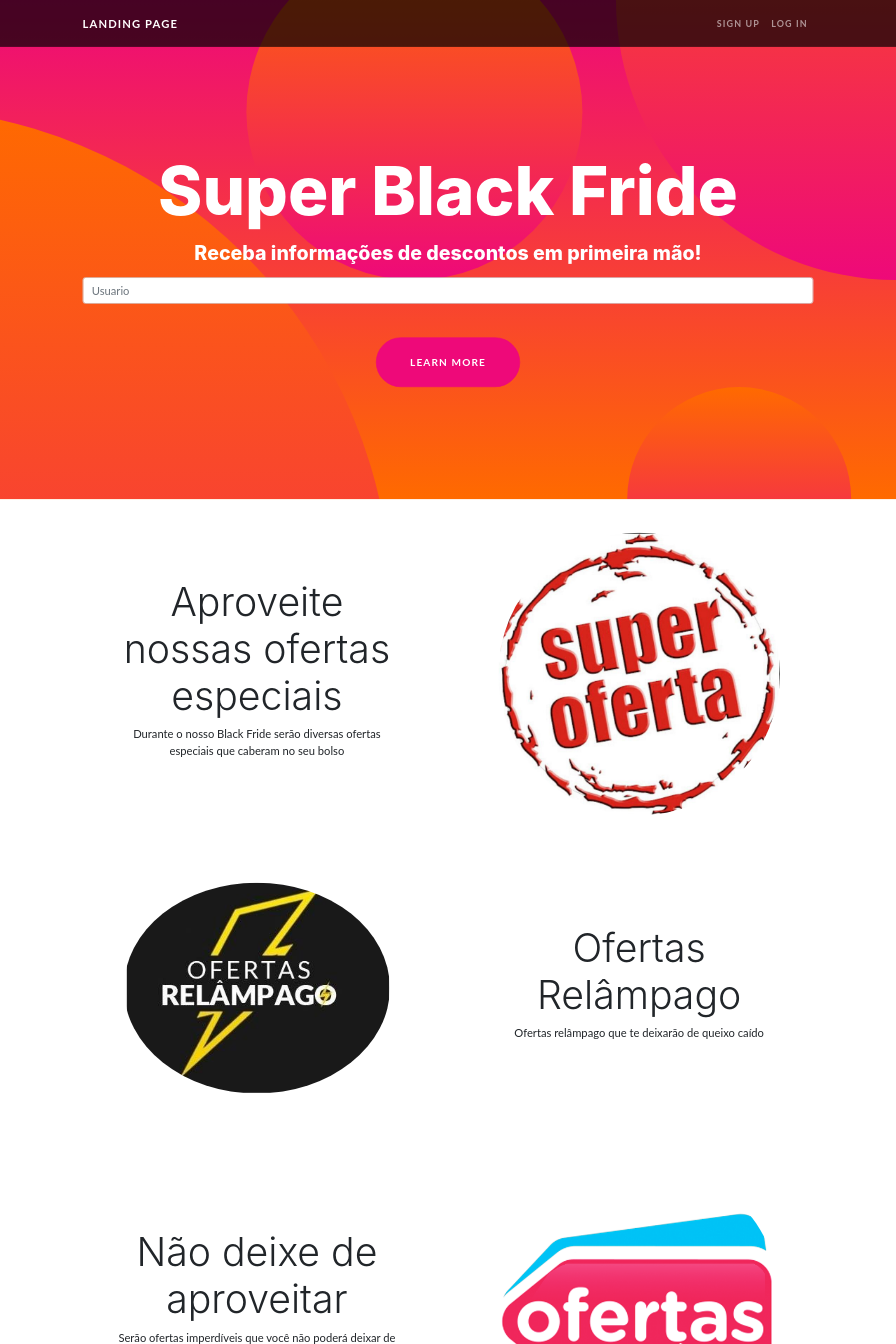
Repository: jrfalcao/landing-page
Page: /
The author's editor kept a copy of each file at every save. The page is drawn from the files as they stood at one save, then again after the next save.
The browser window is 1280 px wide. The pictures show the part of the page from y = 0 to 1920 px (the page is 2225 px tall before and 2691 px after), at 70% of full size.
The project was rebuilt for these pictures with package versions that can differ from the ones it lists, and the page was loaded fresh each time.

Above is the page before, as saved 2021-07-18 22:22:29.

### src/App.js
import NavBar from './Components/NavBar';
import Header from './Components/Header';
import Promotion from './Components/Promotion';
import Footer from './Components/Footer';

import './assets/css/App.css';
import Image01 from './assets/img/super_oferta.jpg'
import Image02 from './assets/img/oferta_relampago.jpg'
import Image03 from './assets/img/ofertas_imperdiveis.png'


function App() {
  return (
    <div className="App">
      <NavBar />
      <Header />
      <Promotion
        imageDir={true}
        imgUrl={Image01}
        promoTitle="Aproveite nossas ofertas especiais"
        description="Durante o nosso Black Fride serão diversas ofertas especiais que caberam no seu bolso"
      />
      <Promotion
        imageDir={false}
        imgUrl={Image02}
        promoTitle="Ofertas Relâmpago"
        description="Ofertas relâmpago que te deixarão de queixo caído"
      />
      <Promotion
        imageDir={true}
        imgUrl={Image03}
        promoTitle="Não deixe de aproveitar"
        description="Serão ofertas imperdíveis que você não poderá deixar de aproveitar. Cadastre seu email para ser contactado!"
      />

      <Footer />
    </div>
  );
}

export default App;

### src/Components/NavBar.js
export default function NavBar() {
	return (
		<nav className="navbar navbar-expand-lg navbar-dark navbar-custom fixed-top">
			<div className="container px-5">
				<a className="navbar-brand" href="#page-top">Landing Page</a>
				<button className="navbar-toggler" type="button" data-bs-toggle="collapse" data-bs-target="#navbarResponsive" aria-controls="navbarResponsive" aria-expanded="false" aria-label="Toggle navigation"><span className="navbar-toggler-icon"></span></button>
				<div className="collapse navbar-collapse" id="navbarResponsive">
					<ul className="navbar-nav ms-auto">
						<li className="nav-item"><a className="nav-link" href="#!">Sign Up</a></li>
						<li className="nav-item"><a className="nav-link" href="#!">Log In</a></li>
					</ul>
				</div>
			</div>
		</nav>
	);
}

### src/Components/Header.js
import React, {useState} from 'react';

export default function Header() {
	const [ email, setEmail ] = useState('');

	return (
		<header className="masthead text-center text-white">
			<div className="masthead-content">
				<div className="container px-5">
					<h1 className="masthead-heading mb-0">Super Black Fride</h1>
					<h3 className="m-3">Receba informações de descontos em primeira mão!</h3>
					<input className="form-control col-4" value={email} placeholder="Usuario" onChange={ e => setEmail(e.target.value)} />
					<a className="btn btn-primary btn-xl rounded-pill mt-5" href="#scroll">Learn More</a>
				</div>
			</div>
			<div className="bg-circle-1 bg-circle"></div>
			<div className="bg-circle-2 bg-circle"></div>
			<div className="bg-circle-3 bg-circle"></div>
			<div className="bg-circle-4 bg-circle"></div>
		</header>
	);
}

### src/Components/Promotion.js
import React from 'react';

export default function Promotion(props) {
	return (
		<section id="scroll">
			<div className="container px-5">
				<div className="row gx-5 align-items-center">
					<div className={props.imageDir ? "col-lg-6 order-lg-2" : 'col-lg-6'}>
						<div className="p-5"><img className="img-fluid rounded-circle" src={props.imgUrl} alt={props.promoTitle} /></div>
					</div>
					<div className={props.imageDir ? "col-lg-6 order-lg-1" : 'col-lg-6'}>
						<div className="p-5">
							<h2 className="display-4">{props.promoTitle}</h2>
							<p>{props.description}</p>
						</div>
					</div>
				</div>
			</div>
		</section>
	);
}

### src/Components/Footer.js
import React from 'react';

export default function Footer() {

	return (
		<footer className="py-5 bg-dark">
			<div className="container px-5"><p className="m-0 text-center text-white small">&copy; Copyright | 2021</p></div>
		</footer>
	);
}

### src/assets/css/App.css
.App {
  text-align: center;
}

.App-logo {
  height: 40vmin;
  pointer-events: none;
}

@media (prefers-reduced-motion: no-preference) {
  .App-logo {
    animation: App-logo-spin infinite 20s linear;
  }
}

.App-header {
  background-color: #282c34;
  min-height: 100vh;
  display: flex;
  flex-direction: column;
  align-items: center;
  justify-content: center;
  font-size: calc(10px + 2vmin);
  color: white;
}

.App-link {
  color: #61dafb;
}

.input-email {
  background: rgba(#000, #000, #000, 0.6);
  width: 450vw;
  height: 70vh;
}

Loaded but not shown: public/index.html (common file); src/index.js (common file); src/index.css (library); src/reportWebVitals.js (common file)

After the next save:
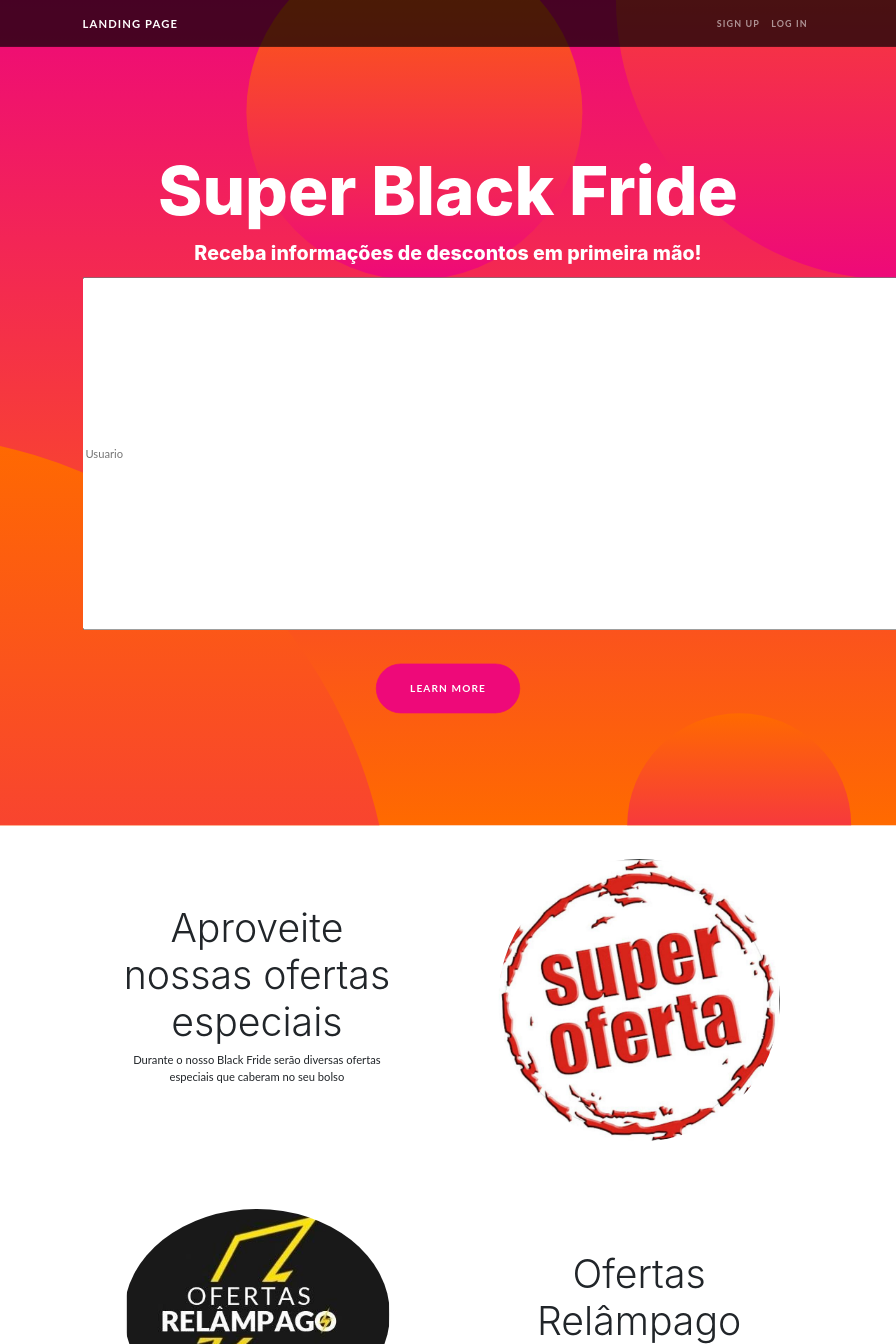
Saved 98 s later.
--- a/src/Components/Header.js
+++ b/src/Components/Header.js
@@ -9,7 +9,7 @@ export default function Header() {
 				<div className="container px-5">
 					<h1 className="masthead-heading mb-0">Super Black Fride</h1>
 					<h3 className="m-3">Receba informações de descontos em primeira mão!</h3>
-					<input className="form-control col-4" value={email} placeholder="Usuario" onChange={ e => setEmail(e.target.value)} />
+					<input className="input-email" type="email" value={email} placeholder="Usuario" onChange={ e => setEmail(e.target.value)} />
 					<a className="btn btn-primary btn-xl rounded-pill mt-5" href="#scroll">Learn More</a>
 				</div>
 			</div>
